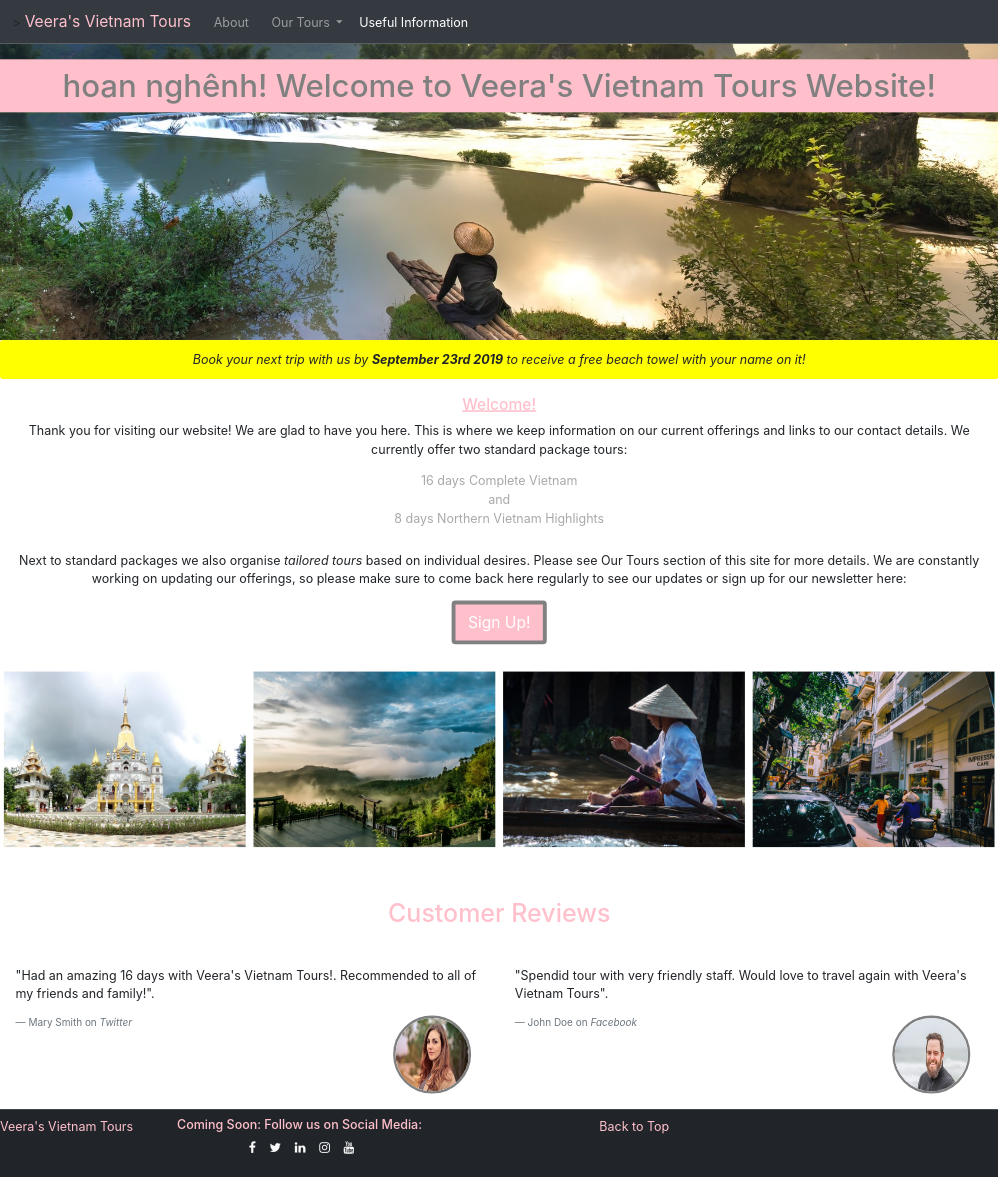
Repository: VAhola/VietnamTour
Page: index.html
The author's editor kept a record of every edit. The page is drawn from the files as they stood at one moment, then again after the next edit.
The browser window is 1280 px wide. The pictures show the whole page, at 78% of full size.

Above is the page before.

### index.html
<!DOCTYPE html>
<html lang="en">
<head>
    <meta charset="UTF-8">
    <meta name="viewport" content="width=device-width, initial-scale=1.0">
    <meta http-equiv="X-UA-Compatible" content="ie=edge">
    <link rel="stylesheet" href="https://stackpath.bootstrapcdn.com/bootstrap/4.3.1/css/bootstrap.min.css" type="text/css" />
    <link rel="stylesheet" href="https://stackpath.bootstrapcdn.com/font-awesome/4.7.0/css/font-awesome.min.css" type="text/css" />
    <link rel="stylesheet" href="style.css" type="text/css" />
    <title>Vietnam Project</title>
</head>

<body>


<!--Nav-->

<nav class="navbar navbar-dark navbar-expand-sm bg-dark" <a name="top" color:"dark"></a>>
    <a href="index.html" class="navbar-brand title">Veera's Vietnam Tours</a>
    <button class="navbar-toggler ml-auto" type="button" data-toggle="collapse" data-target="#navbarNavDropdown" aria-controls="navbarNavDropdown" aria-expanded="false" aria-label="Toggle navigation">
        <span class="navbar-toggler-icon"></span>
    </button>
    <div class="collapse navbar-collapse" id="navbarNavDropdown">
        <ul class="navbar-nav mr-auto">
            <li class="nav-item mr-2"><a class="nav-link" href="about.html">About</a></li>
            <li class="nav-item dropdown">
                <a class="nav-link dropdown-toggle" href="#" id="navbarDropdownMenuLink" role="button" data-toggle="dropdown" aria-haspopup="true" aria-expanded="false">
                  Our Tours
                </a>
                    <div class="dropdown-menu" aria-labelledby="navbarDropdownMenuLink">
                        <a class="dropdown-item" href="16d.html">16 Day Complete Vietnam</a>
                        <a class="dropdown-item" href="8d.html">8 Days Vietnam at glance</a>
                        <a class="dropdown-item" href="#">Customised Tours</a>
                    </div>
            </li>
            <li class="active nav-item mr-2"><a class="nav-link" href="Info.html">Useful Information</a></li>
        </ul>
    </div>
</nav>

<!-- /.nav -->

<!--Banner-->

<div class="section1">
    <h1 class="intro">
     hoan nghênh! Welcome to Veera's Vietnam Tours Website!
    </h1>
 </div>

<!-- /.banner -->

<div class="alert towel"><em>Book your next trip with us by <strong>September 23rd 2019</strong>  to receive a free beach towel with your name on it!</em></div>


<div>
      <h5> Welcome!</h5>
<div class="desth">


     <p>Thank you for visiting our website! We are glad to have you here.
     This is where we keep information on our current offerings and links to our contact details.
    We currently offer two standard package tours:</p>
    <div class="tours">
        <p class="compact">16 days Complete Vietnam </p>
        <p class="compact">and</p>
        <p class="compact">8 days Northern Vietnam Highlights</p>
    </div>

     <p>Next to standard packages we also organise <em>tailored tours</em> based on individual desires. Please see Our Tours section of this site for more details. We are constantly working on updating our offerings, so please make sure to come back here regularly to see our updates or sign up for our newsletter here:
<br>

    <p><button class="btn btn-lg btn-success1" data-toggle="modal" data-target="#signUpModal">Sign Up!</button></p>
     </div>

</div>


<div class="gallery">
<figure class="gallery_item gallery__item1">
    <img src="Assets/pictures/pagoda-704657_640.jpg" class="gallery__img" alt="Image 1">
</figure>
<figure class="gallery__item gallery__item--2">
    <img src="Assets/pictures/pagoda-2096468_640.jpg" class="gallery__img" alt="Image 2">
</figure>
<figure class="gallery__item gallery__item--3">
    <img src="Assets/pictures/vietnam-630445_640.jpg" class="gallery__img" alt="Image 3">
    </figure>
<figure class="gallery__item gallery__item--4">
    <img src="Assets/pictures/architecture-buildings-car-1004122.jpg" class="gallery__img" alt="Image 4">
    </figure>

 </div>

       <h2>Customer Reviews</h2>


<div class="clearfix">
  <div class="box">
        <div>
          <p>"Had an amazing 16 days with Veera's Vietnam Tours!. Recommended to all of my friends and family!".</p>
          <img src="Assets/pictures/beautiful-blur-blurred-background-733872.jpg" class="rounded-circle mr-3 d-none d-sm-block quote" height=100 width=100>
          <footer class="blockquote-footer">Mary Smith on <cite title="Twitter">Twitter</cite></footer>
        </div>
  </div>
  <div class="box">
      <div>
          <p>"Spendid tour with very friendly staff. Would love to travel again with Veera's Vietnam Tours".</p>
          <img src="Assets/pictures/adult-beach-casual-736716.jpg" class="rounded-circle mr-3 d-none d-sm-block quote" height=100 width=100>
          <footer class="blockquote-footer">John Doe on <cite title="Facebook">Facebook</cite></footer>
      </div>
  </div>
</div>

 <footer class="container-fluid site">
        <div id="footer-details" class="row">
            <div class="col-sm-4>
                 <h6 class="center">Veera's Vietnam Tours</h6>
            </div>
            <div class="col-sm-4" style="text-align:center">
                <h6 class="inline-block center">Coming Soon: Follow us on Social Media:</h6>
                <ul class="list-inline center">
                    <li class="list-inline-item">
                        <a target="_blank" href="#">
                            <i class="fa fa-facebook" aria-hidden="true"></i>
                            <span class="sr-only">Facebook</span>
                        </a>
                    </li>
                    <li class="list-inline-item">
                        <a target="_blank" href="#">
                            <i class="fa fa-twitter" aria-hidden="true"></i>
                            <span class="sr-only">Twitter</span>
                        </a>
                    </li>
                    <li class="list-inline-item">
                        <a target="_blank" href="#">
                            <i class="fa fa-linkedin" aria-hidden="true"></i>
                            <span class="sr-only">LinkedIn</span>
                        </a>
                    </li>
                    <li class="list-inline-item">
                        <a target="_blank" href="#">
                            <i class="fa fa-instagram" aria-hidden="true"></i>
                            <span class="sr-only">Instagram</span>
                        </a>
                    </li>
                    <li class="list-inline-item">
                        <a target="_blank" href="#">
                            <i class="fa fa-youtube" aria-hidden="true"></i>
                            <span class="sr-only">YouTube</span>
                        </a>
                    </li>
                </ul>
            </div>
           <div class="col-sm-4" style="text-align:center">
                <a href="#top" style="color:pink">Back to Top</a>
            </div>
        </div>
 </footer>

    <script src="https://code.jquery.com/jquery-3.3.1.slim.min.js" integrity="sha384-q8i/X+965DzO0rT7abK41JStQIAqVgRVzpbzo5smXKp4YfRvH+8abtTE1Pi6jizo" crossorigin="anonymous"></script>
    <script src="https://cdnjs.cloudflare.com/ajax/libs/popper.js/1.14.3/umd/popper.min.js" integrity="sha384-ZMP7rVo3mIykV+2+9J3UJ46jBk0WLaUAdn689aCwoqbBJiSnjAK/l8WvCWPIPm49" crossorigin="anonymous"></script>
    <script src="https://stackpath.bootstrapcdn.com/bootstrap/4.1.3/js/bootstrap.min.js" integrity="sha384-ChfqqxuZUCnJSK3+MXmPNIyE6ZbWh2IMqE241rYiqJxyMiZ6OW/JmZQ5stwEULTy" crossorigin="anonymous"></script>

</body>
</html>

### style.css
html {
    border: none;
}

/*------------- Styling the header -----------*/

.header {
    background-color: #4F4F4F;
    background-position: center;
    text-align: center;
    background-size: cover;
    color: #fafafa;
    margin:0;
    padding-bottom: 10px;
    padding-top: 10px;

}


.button {
    color: white;
}


.navbar-dark .navbar-brand {
    color: pink;

}

.dropdown-menu {
    background-color: #4F4F4F;
}

.dropdown-item {
    color: #b9bec3;
}


a {
    color:#fafafa;
    margin-left: 5px;
}

.section1 {
    background-size: cover;
    text-align: center;
    background-image: url(Assets/pictures/bamboo-boat-clouds-cloudscape-2132098.jpg);
    background-repeat: no-repeat;
    min-height: 380px;
    color: black;
    padding: 20px 0px;
    background-position-y: bottom;
    background-position-x: center;
    background-color: darkgray;
}

.intro {
    background-color: pink;
    padding-top:10px;
    padding-bottom:10px;
}

h1 {
    color: gray;
    text-align: center;
    padding-bottom:20px;
    padding-top: 20px;
}

h2, h3{
    color: PINK;
    text-align: center;
    padding-bottom:20px;
    padding-top: 20px;
}

h5 {
    color: pink;
    text-align: center;
    margin-top: 20px;
    margin-bottom: 10px;
    text-decoration: underline;
}


li {
    list-style: none;
    text-align: center
}

img.quote {
    border-style: solid;
    border-color: gray;
    float: right;
}

dl, ol, ul {
    margin-top: 0;
    margin-bottom: 1rem;
    padding: 0;
}

.tours {
    color:darkgray;
    text-align:center;
    margin-bottom:30px;
}

.section3 {
    background-size: cover;
    text-align: center;
    background-image: url(Assets/pictures/bamboo-boat-clouds-cloudscape-2132098.jpg);
    background-repeat: no-repeat;
    min-height: 380px;
    color: black;
    padding: 20px 0px;
    background-position-y: bottom;
    background-position-x: center;
}


.about_us {
    text-align: justify;
    margin-left: 10px;
    margin-right: 10px;
}

.contacts {
    margin-left: 20px;
    margin-right: 10px;
}

.compact {
    margin: 0;
}

.man {
    background-image: url(Assets/pictures/hanoi-man-market-1004123.jpg);

}

.btn-success1 {
    color: #fff;
    background-color: pink;
    border-color: gray;
    border-width: thick;
}


.towel {
 text-align:center;
 padding-left:15px;
 padding-right:15px;
 background-color: yellow;
}

* {
  box-sizing: border-box;
}

div.box {
  float: left;
  width: 50%;
  padding: 20px;
}

div.center {
    text-align: center;
}

.clearfix::after {
  content: "";
  clear: both;
  display: table;
}

.internary16 {
    text-align: left;
    margin: 10px 20px;
    align-content: center;
    text-align: justify;
}

.right {
    height:200px;
    word-break: break-word;
    float:right;
    margin: 5px;
}

.left {
    height:200px;
    word-break: break-word;
    float:left;
    margin: 5px;
}

.woman {
    float: right;
}


article {
    margin: 5px;
}

img.iten_right {
    border: 1px solid #ddd;
    border-radius: 4px;
    padding: 5px;
    width: 300px;
    margin-left: 10px;
}

img.iten_left {
    border: 1px solid #ddd;
    border-radius: 4px;
    padding: 5px;
    width: 300px;
    margin-right: 10px;
}

img.map_right {
    border: 1px solid #ddd;
    border-radius: 4px;
    width: 220px;
    margin:20px 10px;
}

.info_left {
    border: 3px solid #ddd;
    border-radius: 4px;
    width: 220px;
    margin-right:10px;
}

.info_right {
    border: 2px solid #ddd;
    border-radius: 4px;
    width: 220px;
    margin-left:10px;
}

banner2 {
    display: inline-block;
}

.section2 {
    background-size: cover;
    text-align: center;
    background-image: url(Assets/pictures/chaly-pavement-road-2044867.jpg);
    background-repeat: no-repeat;
    min-height: 380px;
    color: black;
    padding: 20px 10px;
    background-position-y: bottom;
    background-position-x: center;
}

.dest {
    margin-left: 10px;
    margin-right: 10px;
    padding: 10px;
    text-align: justify;
}

.info {
    margin-top:20px;
}
.desth {
    margin-left: 10px;
    margin-right: 10px;
    text-align:center;
}

.ready {
    background-clip: white;
    margin-left: 10px;
    margin-right: 10px;
}

.grid-container-new {
  display: grid;
  justify-content: space-evenly;
  grid-template-columns: 25% 25% 25%; /*Make the grid smaller than the container*/
  grid-gap: 5px;
  padding: 10px;
}

.grid-container {
  display: grid;
  justify-content: space-evenly;
  grid-template-columns: 80% 20%; /*Make the grid smaller than the container*/
  grid-gap: 5px;
  padding: 10px;
}

.grid-item {
  background-color: rgba(255, 255, 255, 0.8);
  border: 1px solid rgba(0, 0, 0, 0.8);
  padding: 20px;
  font-size: 30px;
  text-align: center;
}

.gallery {
    display: grid;
    grid-template-columns: repeat(4, 1fr);
    grid-gap: 10px;
    padding-top:5px;
    margin: 30px 5px;
}

.gallery__img {
    width: 100%;
    height: 100%;
    object-fit: cover;
}

.people {
    display: grid;
    grid-template-columns: repeat(2, 1fr);
    grid-gap: 10px;
    margin-left: 5px;
    margin-right: 5px;
    padding-top:5px;
}

.people__img {
    width: 100%;
    height: 100%;
    object-fit: cover;
}

.header5 {
    color: pink;
    text-decoration: underline;
}



footer.site {
    background-color: #212529;
    color: pink;
    background-size: cover;
    margin-bottom: 0;
    padding-bottom: 10px;
    padding-top: 10px;
}

.bottom {
    margin-bottom: 0;
}
/* media queries */

@media (max-width:767px) {
    body {
    font-size:small;
    }
    .review{
    text-align:center;
    padding:20px 10px;
    margin-bottom:40px;
    display:inline;
    font-size:smaller;
    }
    h1{
    font-size:small;
    }
    img.map_right {
    border: 1px solid #ddd;
    border-radius: 4px;
    width: 130px;
    margin-left: 10px;
    }
    .section2 {
    background-size: cover;
    text-align: center;
    background-image: url(Assets/pictures/chaly-pavement-road-2044867.jpg);
    background-repeat: no-repeat;
    min-height: 180px;
    color: black;
    padding: 20px 10px;
    background-position-y: bottom;
    background-position-x: center;
    }
}

@media (min-width: 768px) and (max-width: 991px) {
}
    .review {
    text-align:center;
    padding:20px 10px;
    margin-bottom:40px;
    display:flex;
    }
}

@media (min-width: 992px) and (max-width: 1800px) {
    .review{
    text-align:center;
    padding:20px 10px;
    margin-bottom:40px;
    margin-left: 20px;
    margin-right: 20px;
    display:inline-flex;
    }
}

After the next edit:
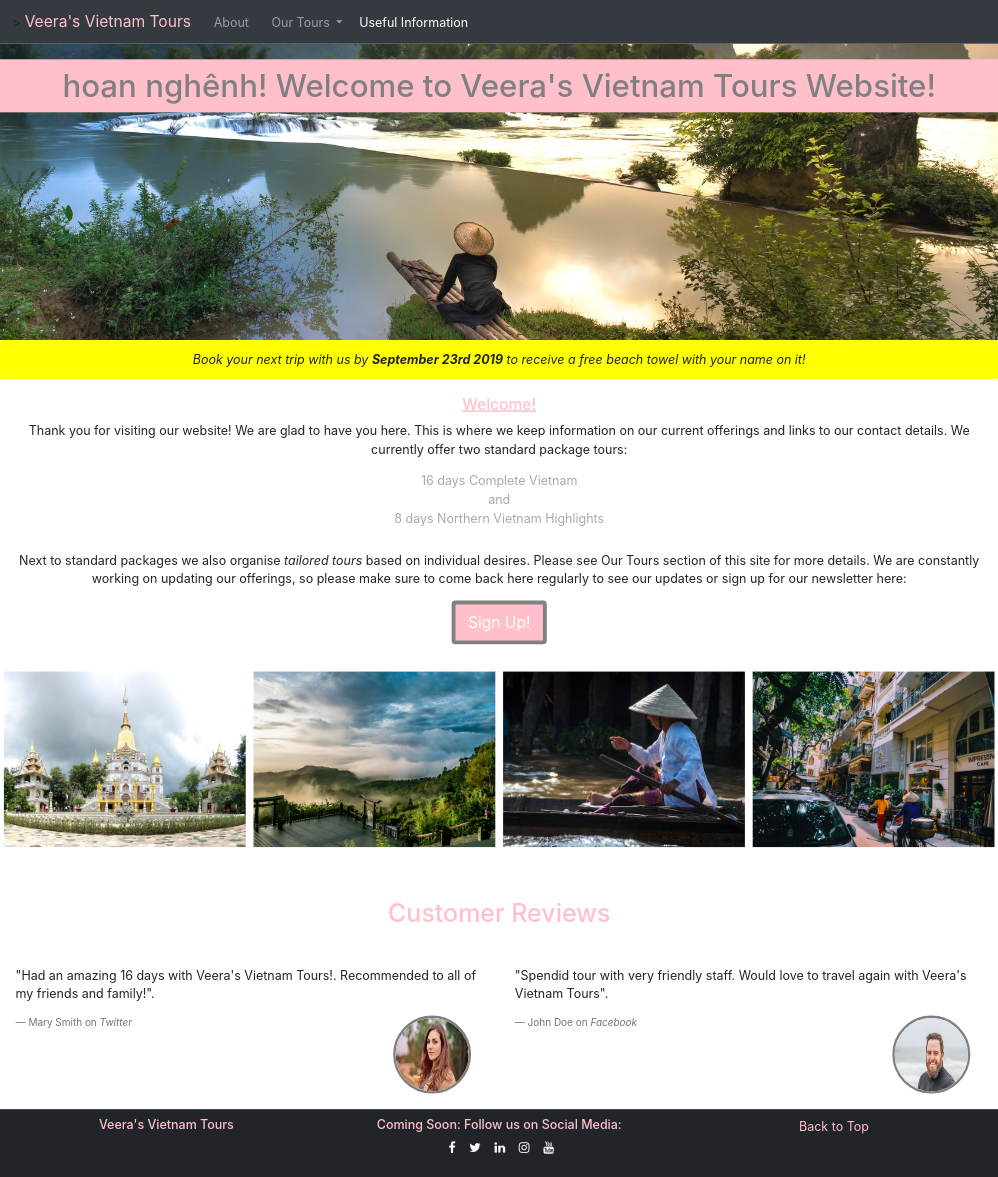
The edit:
--- a/index.html
+++ b/index.html
@@ -114,7 +114,7 @@
 
  <footer class="container-fluid site">
         <div id="footer-details" class="row">
-            <div class="col-sm-4>
+            <div class="col-sm-4 center">
                  <h6 class="center">Veera's Vietnam Tours</h6>
             </div>
             <div class="col-sm-4" style="text-align:center">
